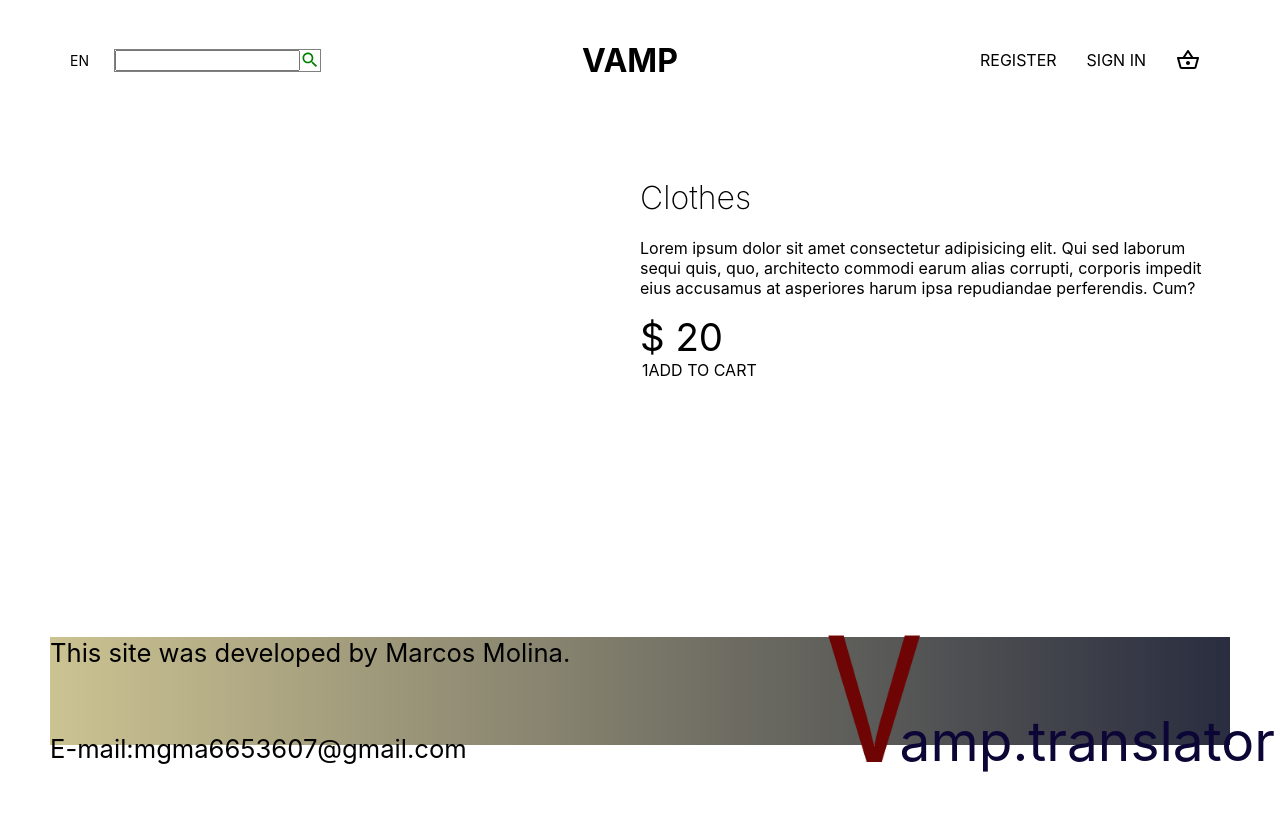
Repository: mgma2005/ecoeli
Page: /
These files come from the project's save history. The page is drawn as it stood at one moment and after a run of saves; the edit follows.
The browser window is 1280 px wide. The pictures show the part of the page from y = 173 to 1013 px (the page is 993 px tall before and 1013 px after).
The project was rebuilt for these pictures with package versions that can differ from the ones it lists, and the page was loaded fresh each time. Also part of the build but not shown: src/App.css.

Above is the page before, as saved 2022-05-14 18:03:33.

After the next 5 saves:
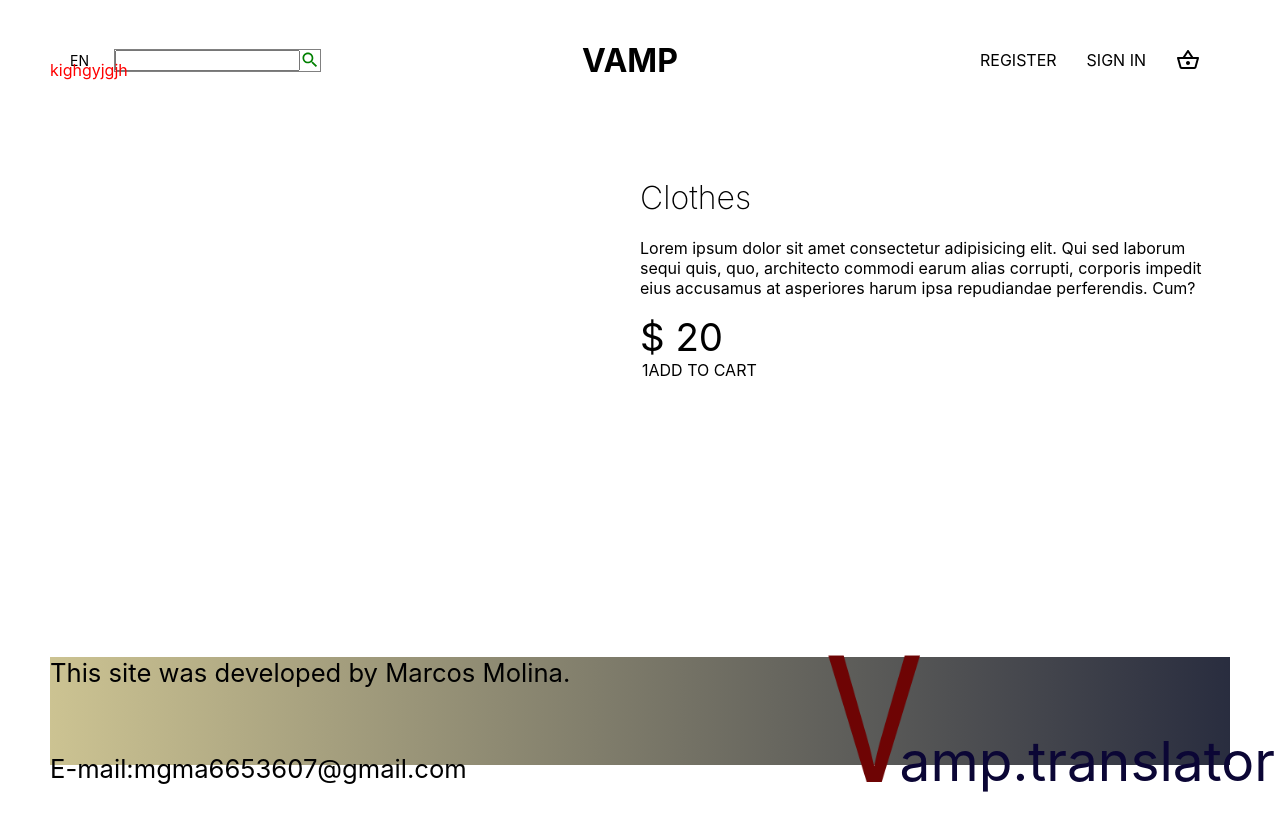
The 5 saves are shown as one change because 2 did not build or start and some came seconds apart.
The last was saved 38 s later.
--- a/src/pages/Product.jsx
+++ b/src/pages/Product.jsx
@@ -59,7 +59,7 @@
 
 `;
 
-const remove = styled.div`
+const Text = styled.div`
   color: red;
 `;
 
@@ -74,7 +74,7 @@
         <Navbar/>
         <Wrapper>
         <ImgContainer>
-
+        <Text>kighgyjgjh</Text>
         <Image src=""/>
         </ImgContainer>
         <InfoContainer>

After the save that followed:
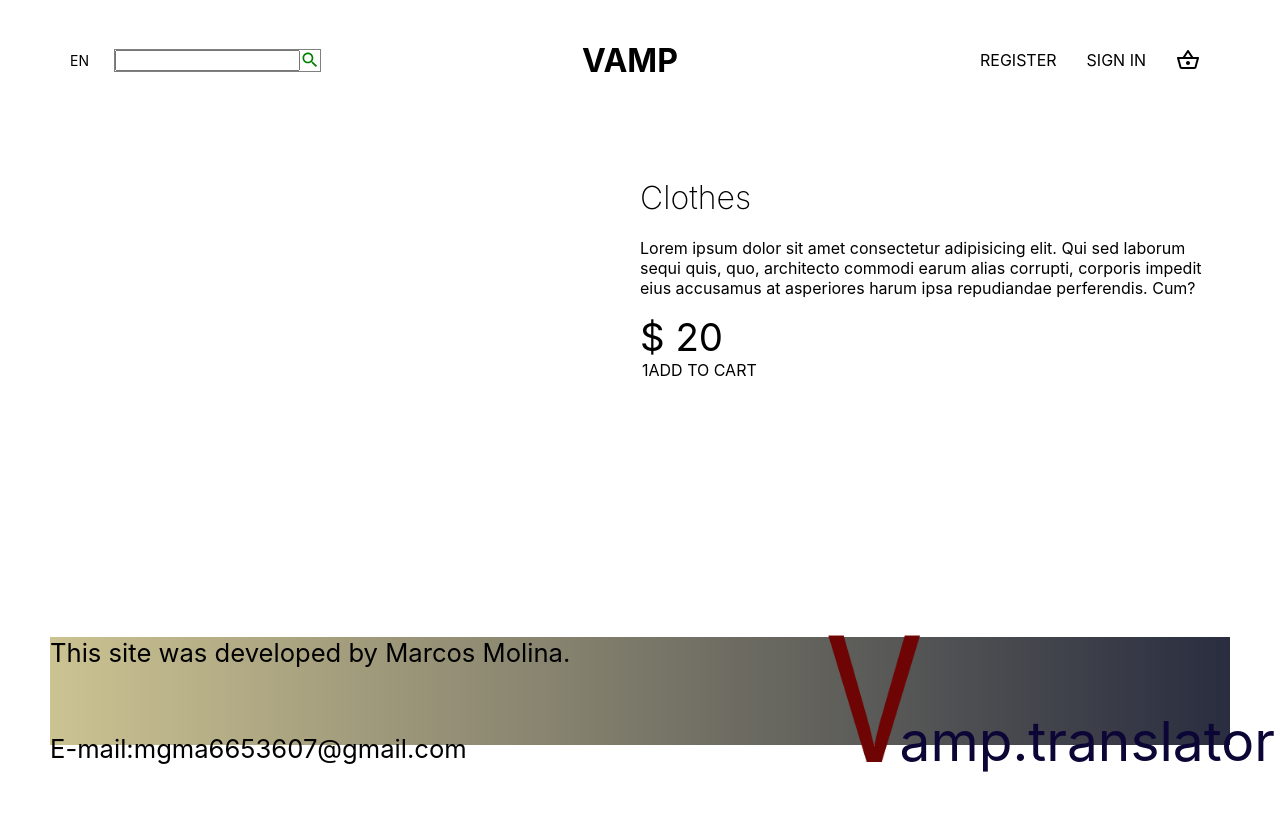
Saved 23 s later.
--- a/src/pages/Product.jsx
+++ b/src/pages/Product.jsx
@@ -74,7 +74,6 @@
         <Navbar/>
         <Wrapper>
         <ImgContainer>
-        <Text>kighgyjgjh</Text>
         <Image src=""/>
         </ImgContainer>
         <InfoContainer>
